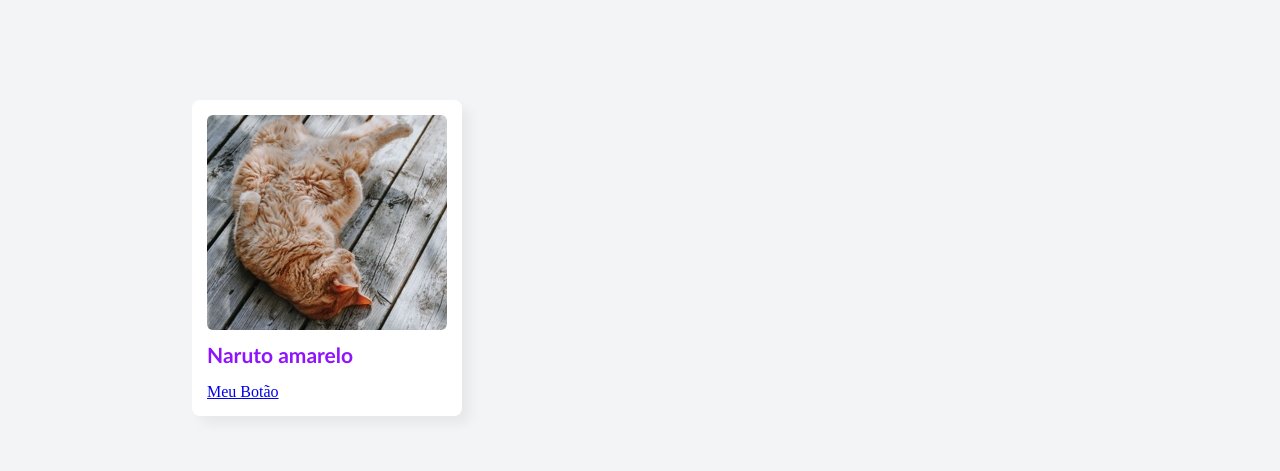
Repository: alessandradiamantino/Curso-Front-End-Design
Page: 1 - Introdução ao HTML e CSS/2 - Exercício CSS/01/codesignerspro-arquivos-exercicio-css-02/codesignerspro-arquivos-exercicio-css-02/index.html
An editor plug-in stored every save of this project. The page is shown before and after a run of saves, followed by the edit.
The browser window is 1280 px wide. The pictures show the whole page.

Above is the page before, as saved 2021-07-28 11:49:54.

### 1 - Introdução ao HTML e CSS/2 - Exercício CSS/01/codesignerspro-arquivos-exercicio-css-02/codesignerspro-arquivos-exercicio-css-02/index.html
<!DOCTYPE html>
<html lang="pt-br">

<head>
  <meta charset="UTF-8">
  <meta name="viewport" content="width=device-width, initial-scale=1.0">
  <meta http-equiv="X-UA-Compatible" content="ie=edge">
  <title>Exercício CSS 02</title>
  <link rel="stylesheet" type="text/css" href="css/style.css" />
</head>

<body>
  <main>
  <div class="card-container">
    <div class="card">
      <img src="images/gato-01.jpg"
        alt="gato deitado"
        title="gatinho"
        class="card-image"
      />
      <div class="card-body">
        <h1>Naruto amarelo</h1>
    </div>
    <div class="card-footer">
     <p></p> <a href="https://web.whatsapp.com/">Meu Botão</a>
    </div>
  </div>
</div>
  </main>
</body>

</html>

### 1 - Introdução ao HTML e CSS/2 - Exercício CSS/01/codesignerspro-arquivos-exercicio-css-02/codesignerspro-arquivos-exercicio-css-02/css/style.css
body{
  background-color: #f2f4f5;
  margin: 0;
}
main {
  width: 70%;
  display: table;
  margin: 100px auto 0 auto;
}
.card-container {
  width: 270px;
  display: table;
}

.card {
  width: 100%;
  display: table;
  background-color: #fff;
  border-radius: 8px;
  box-shadow: 8px 8px 12px rgba(0, 0, 0, 0.05);
  padding: 15px;
  box-sizing: border-box;
}

.card .card-image {
  width: 100%;
  max-width: 100%;
  height: auto;
  border-radius: 6px;
  display: block;
}

.card .card-body {
  width: 100%;
  display: table;
  margin-top: 13px;
}

.card .card-body h1 {
  font-family:'Gill Sans', 'Gill Sans MT', Calibri, 'Trebuchet MS', sans-serif;
  font-size: 21px;
  font-weight: 800;
  line-height: 24px;
  color: #9013fe;
  margin: 0;
}

.card .card-footer {
  width: 100%;
  display: table;
}

After the next 2 saves:
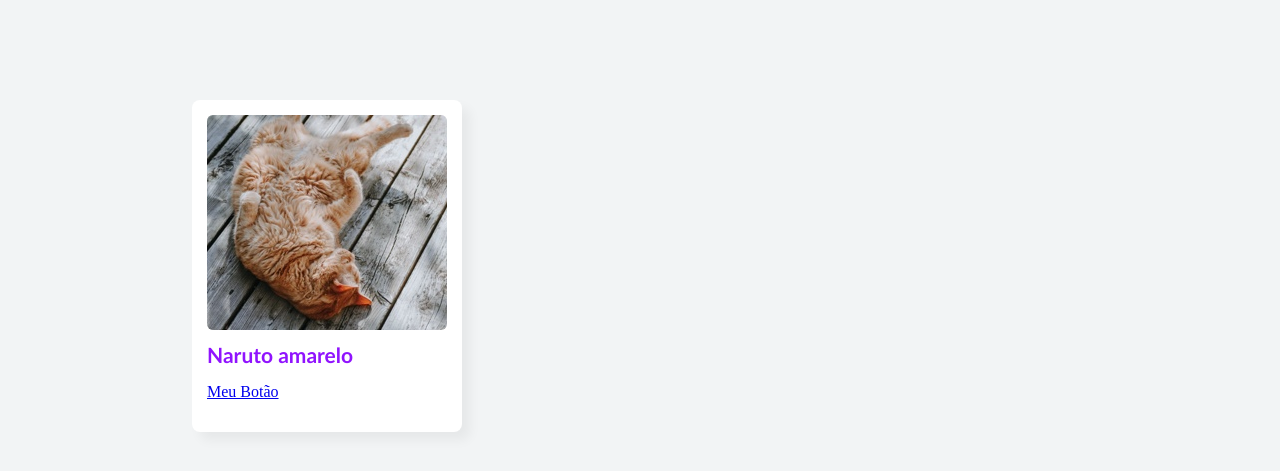
The 2 saves are shown as one change because they came seconds apart.
The last was saved 8 s later.
--- a/1 - Introdução ao HTML e CSS/2 - Exercício CSS/01/codesignerspro-arquivos-exercicio-css-02/codesignerspro-arquivos-exercicio-css-02/index.html
+++ b/1 - Introdução ao HTML e CSS/2 - Exercício CSS/01/codesignerspro-arquivos-exercicio-css-02/codesignerspro-arquivos-exercicio-css-02/index.html
@@ -22,7 +22,7 @@
         <h1>Naruto amarelo</h1>
     </div>
     <div class="card-footer">
-     <p></p> <a href="https://web.whatsapp.com/">Meu Botão</a>
+     <p> <a href="https://web.whatsapp.com/">Meu Botão</a></p>
     </div>
   </div>
 </div>
